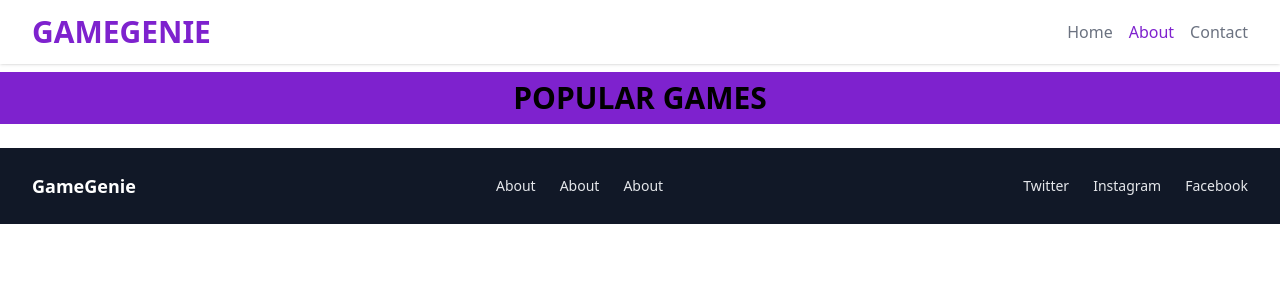
Repository: mfaeezshabbir/Gamegenie
Page: /allGames
The author's editor kept a copy of each file at every save. The page is drawn from the files as they stood at one save, then again after the next save.
The browser window is 1280 px wide. The pictures show the whole page.
The page's requests for data from a server got no answer. The project was rebuilt for these pictures with package versions that can differ from the ones it lists, and the page was loaded fresh each time. The framework's server and built-in components were replaced by stand-ins that run in the browser. No one was signed in, and anything a server would have sent is missing. Also part of the build but not shown: next.config.js, components/GameCard/GameCard.jsx.

Above is the page before, as saved 2023-04-18 13:04:33.

After the next save:
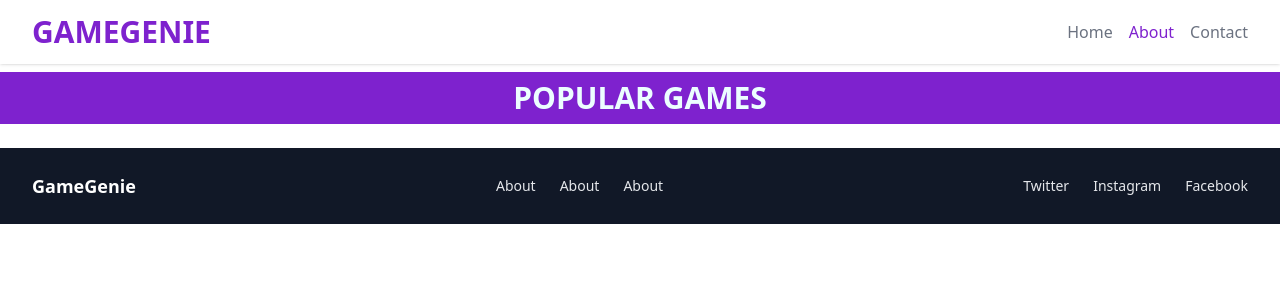
Saved 4 s later.
--- a/pages/allGames.jsx
+++ b/pages/allGames.jsx
@@ -18,7 +18,7 @@ export default function Home() {
 
   return (
     <div className=" mt-2" >
-      <h1 className="text-3xl text-center bg-purple-700 p-2 uppercase font-bold text-c " >Popular Games</h1><br />
+      <h1 className="text-3xl text-center bg-purple-700 p-2 uppercase font-bold text-cyan-50 " >Popular Games</h1><br />
       <div className="grid grid-cols-1 sm:grid-cols-2 lg:grid-cols-3 gap-4">
         {games.map((game) => (
           <GameCard key={game.name} game={game} />
